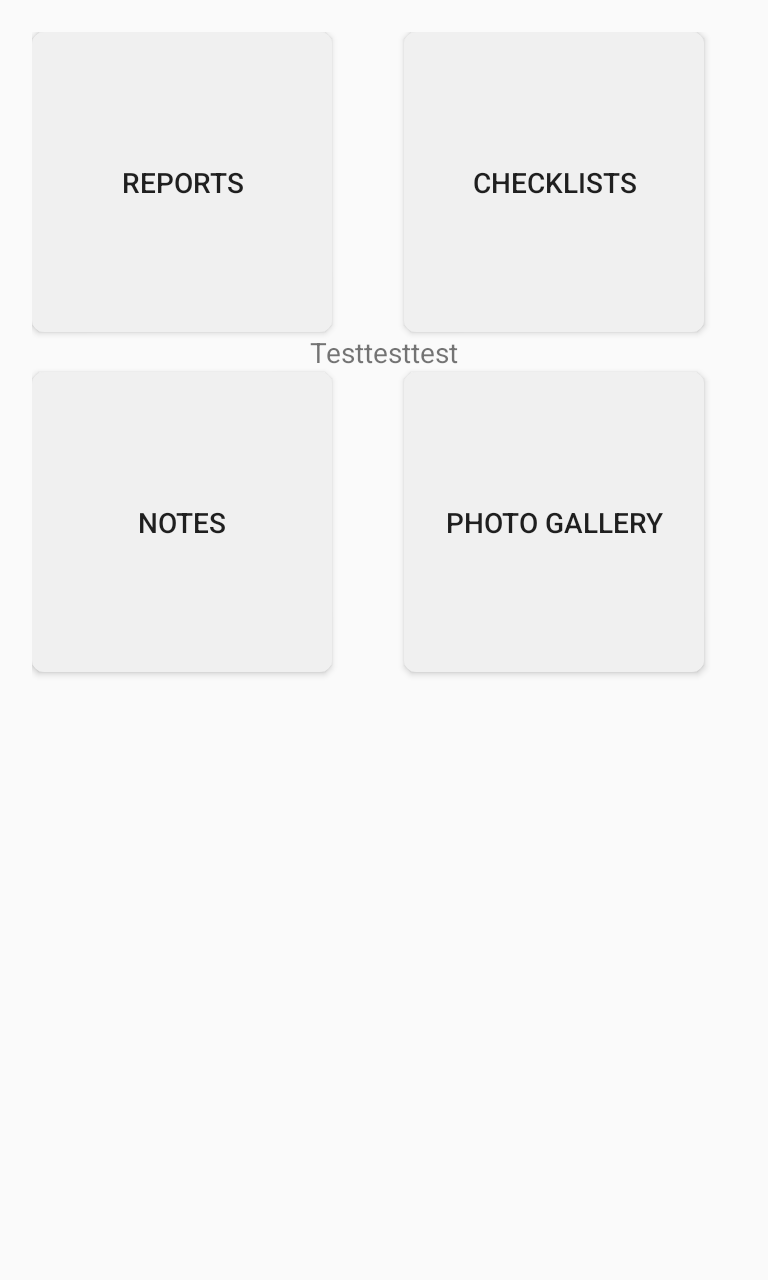
Repository: TheDizzler/shiny-octo-robot
Layout: Qdap/res/layout/fragment_categories.xml
An editor plug-in stored every save of this project. The layout is shown before and after a run of saves, followed by the edit.
It is drawn on a 768 x 1280 px phone screen (xhdpi) without system bars, with theme AppTheme; the app's code is not run.

Above is the layout before, as saved 2014-05-14 23:40:54.

### Qdap/res/layout/fragment_categories.xml
<GridLayout xmlns:android="http://schemas.android.com/apk/res/android"
    xmlns:tools="http://schemas.android.com/tools"
    android:id="@+id/GridLayout1"
    android:layout_width="wrap_content"
    android:layout_height="wrap_content"
    android:layout_gravity="center"
    android:columnCount="2"
    android:orientation="horizontal"
    android:paddingBottom="@dimen/activity_vertical_margin"
    android:paddingLeft="@dimen/activity_horizontal_margin"
    android:paddingRight="@dimen/activity_horizontal_margin"
    android:paddingTop="@dimen/activity_vertical_margin"
    android:rowCount="4"
    tools:context="vdindustries.reportsview.Categories$PlaceholderFragment" >

    <TextView
        android:id="@+id/project_name"
        android:layout_width="wrap_content"
        android:layout_height="wrap_content"
        android:layout_row="0"
        android:layout_columnSpan="2"
        android:layout_gravity="center"
        android:layout_rowSpan="2"
        android:text="Testtesttest" />

    <Space
        android:layout_column="1"
        android:layout_gravity="fill_vertical"
        android:layout_row="1" />

    <Button
        android:id="@+id/reports"
        android:layout_width="150dp"
        android:layout_height="150dp"
        android:layout_column="0"
        android:layout_gravity="center"
        android:layout_marginBottom="10dp"
        android:layout_marginRight="10dp"
        android:layout_row="0"
        android:background="@drawable/custom_button"
        android:onClick="reports"
        android:text="@string/reports" />

    <Space
        android:layout_column="1"
        android:layout_gravity="fill_vertical"
        android:layout_row="2" />

    <Button
        android:id="@+id/notes"
        android:layout_width="150dp"
        android:layout_height="150dp"
        android:layout_column="0"
        android:layout_gravity="center"
        android:layout_marginRight="10dp"
        android:layout_marginTop="10dp"
        android:layout_row="1"
        android:background="@drawable/custom_button"
        android:onClick="notes"
        android:text="@string/notes" />

    <Button
        android:id="@+id/photo"
        android:layout_width="150dp"
        android:layout_height="150dp"
        android:layout_column="1"
        android:layout_gravity="center"
        android:layout_marginLeft="10dp"
        android:layout_marginTop="10dp"
        android:layout_row="1"
        android:background="@drawable/custom_button"
        android:onClick="photo"
        android:text="@string/photo" />

    <Button
        android:id="@+id/checklists"
        android:layout_width="150dp"
        android:layout_height="150dp"
        android:layout_column="1"
        android:layout_gravity="center"
        android:layout_marginBottom="10dp"
        android:layout_marginLeft="10dp"
        android:layout_row="0"
        android:background="@drawable/custom_button"
        android:onClick="checklists"
        android:text="@string/checklists" />

</GridLayout>

### Qdap/res/drawable-hdpi/custom_button.xml
<selector xmlns:android="http://schemas.android.com/apk/res/android">
    <item android:drawable="@drawable/round_corner_clicked"
        android:state_pressed="true"></item>
    <item android:drawable="@drawable/round_corner_normal"></item>
</selector>

### Qdap/res/values/strings.xml
<?xml version="1.0" encoding="utf-8"?>
<resources>

    <string name="app_name">Qdap - Quality Dev App</string>
    <string name="title_trade_detail">Trade Detail</string>
    <string name="title_activity_login">Login</string>
    <string name="title">Title</string>
    <string name="username">User name: </string>
    <string name="password">Password: </string>
    <string name="project">Project: </string>
    <string name="login">Login</string>
    <string name="notes">Notes</string>
    <string name="checklists">Checklists</string>
    <string name="reports">Reports</string>
    <string name="photo">Photo Gallery</string>
    <string name="action_settings">Settings</string>
    <string name="title_activity_categories">Categories</string>
    <string name="hello_world">Hello world!</string>
    <string name="title_activity_floors">Floors</string>
    <string name="title_activity_checklist">Checklist</string>
    <string name="title_activity_expandable_list_fragment">ExpandableListFragment</string>
    <string name="title_activity_floor_fragment">FloorFragment</string>

</resources>

### Qdap/res/drawable-hdpi/round_corner_clicked.xml
<shape xmlns:android="http://schemas.android.com/apk/res/android"
    android:shape="rectangle">
    <solid android:color="#8c93a6"/>
    <corners android:radius="6dp"/>
</shape>

### Qdap/res/drawable-hdpi/round_corner_normal.xml
<shape xmlns:android="http://schemas.android.com/apk/res/android"
    android:shape="rectangle">
    <solid android:color="#f0f0f0"/>
    <corners android:radius="6dp"/>
</shape>

Loaded but not shown: Qdap/res/values/styles.xml (common file); Qdap/res/values-v11/styles.xml (common file); Qdap/res/values-v14/styles.xml (common file); Qdap/res/values/dimens.xml (common file); Qdap/res/values-w820dp/dimens.xml (common file)

After the next 2 saves:
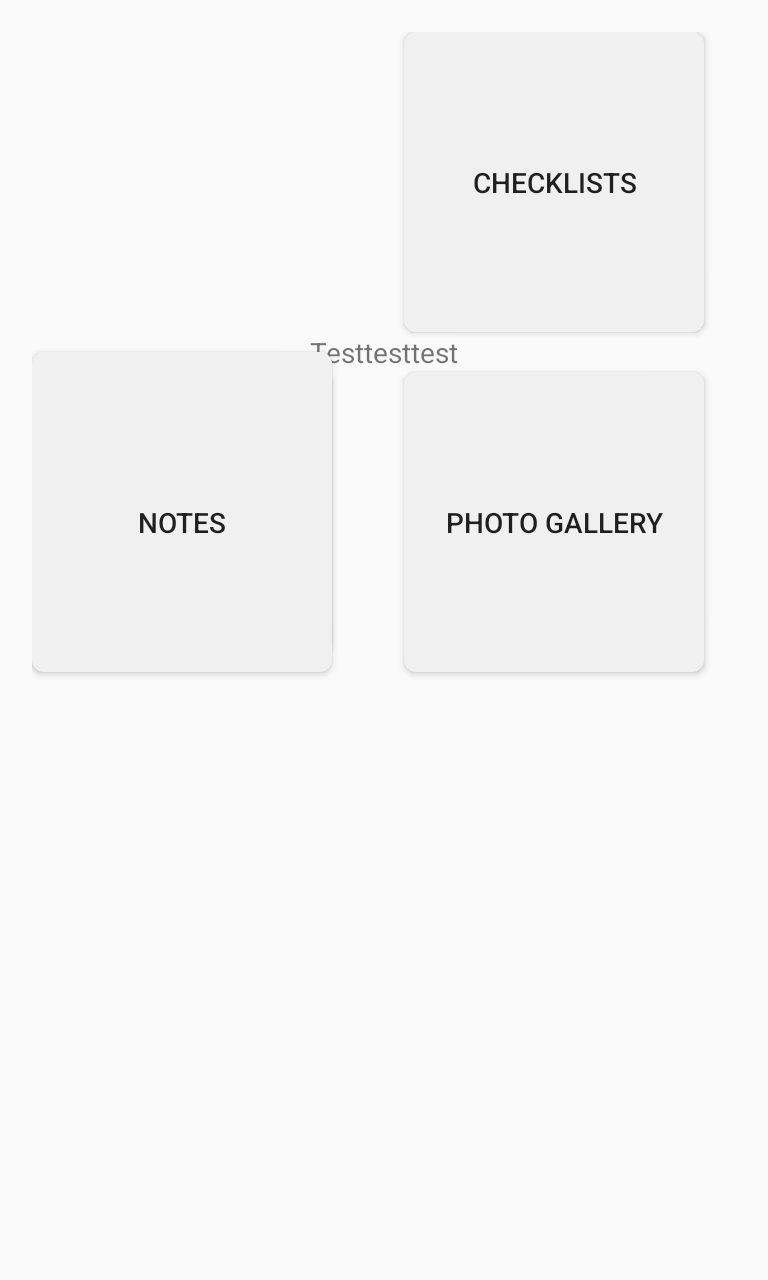
The 2 saves are shown as one change because they came seconds apart.
The last was saved 24 s later.
--- a/Qdap/res/layout/fragment_categories.xml
+++ b/Qdap/res/layout/fragment_categories.xml
@@ -17,9 +17,9 @@
         android:id="@+id/project_name"
         android:layout_width="wrap_content"
         android:layout_height="wrap_content"
-        android:layout_row="0"
         android:layout_columnSpan="2"
         android:layout_gravity="center"
+        android:layout_row="0"
         android:layout_rowSpan="2"
         android:text="Testtesttest" />
 
@@ -36,7 +36,7 @@
         android:layout_gravity="center"
         android:layout_marginBottom="10dp"
         android:layout_marginRight="10dp"
-        android:layout_row="0"
+        android:layout_row="1"
         android:background="@drawable/custom_button"
         android:onClick="reports"
         android:text="@string/reports" />
